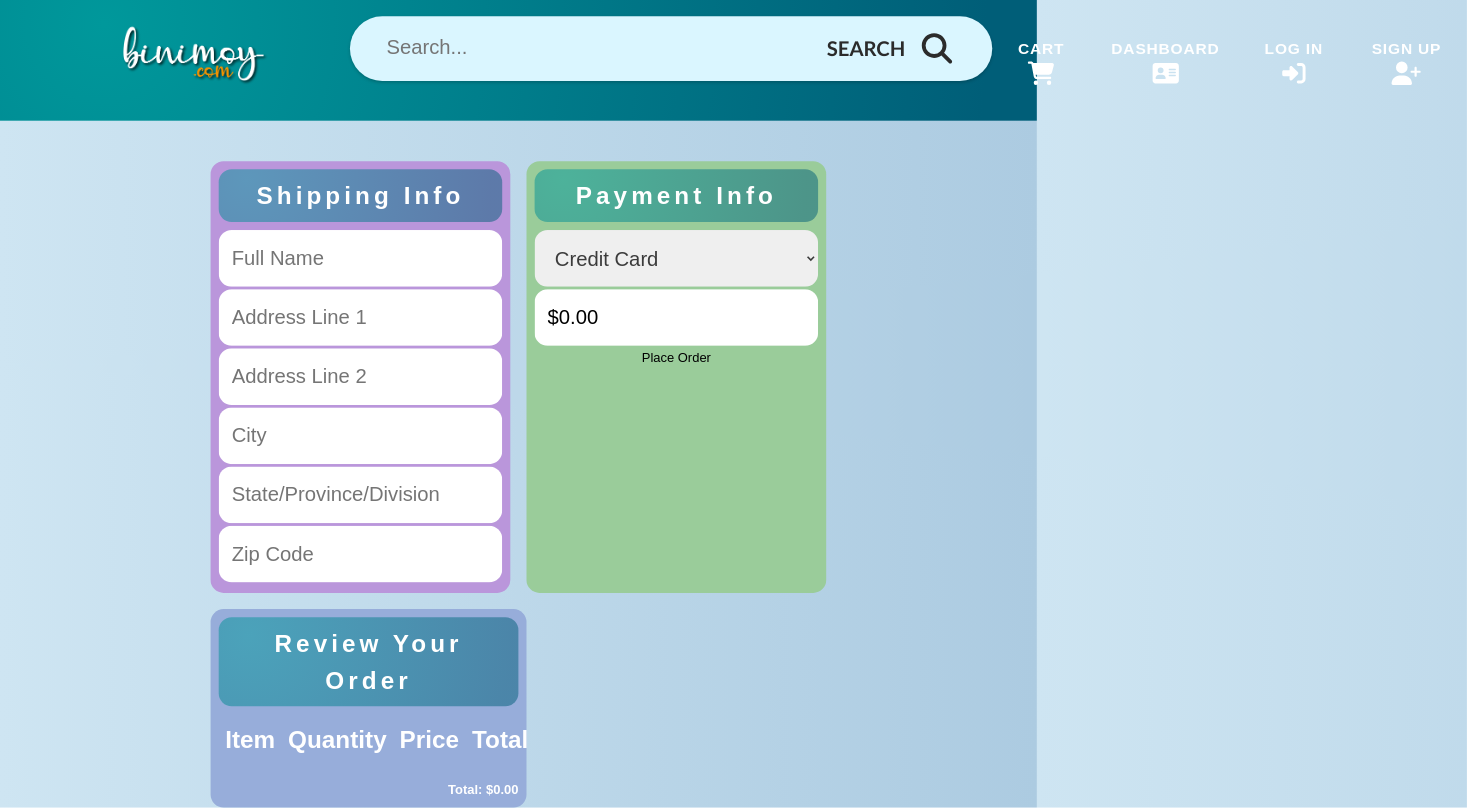
Repository: Shadman2024/2_1_DatabaseProject
Page: /checkout (app in frontend/)
These files come from the project's save history. The page is drawn as it stood at one moment and after the next save; the edit follows.
The browser window is 1280 px wide. The page is 1811 px wide, so the pictures cover 1811 px, including what lies to the right of the window. The pictures show the whole page, at 81% of full size.
Some web libraries are served in a nearby version. The project was rebuilt for these pictures with package versions that can differ from the ones it lists, and the page was loaded fresh each time. Also part of the build but not shown: frontend/src/App.css, frontend/src/signUp/signup.js, frontend/src/logIn/login.js, frontend/src/Home/home.module.css, frontend/src/Home/hero.js, frontend/src/Home/hero2.js, frontend/src/Home/hero3.js, frontend/src/Home/smallcategory.module.css and 31 more.

Above is the page before, as saved 2024-03-08 15:34:36.

After the next save:
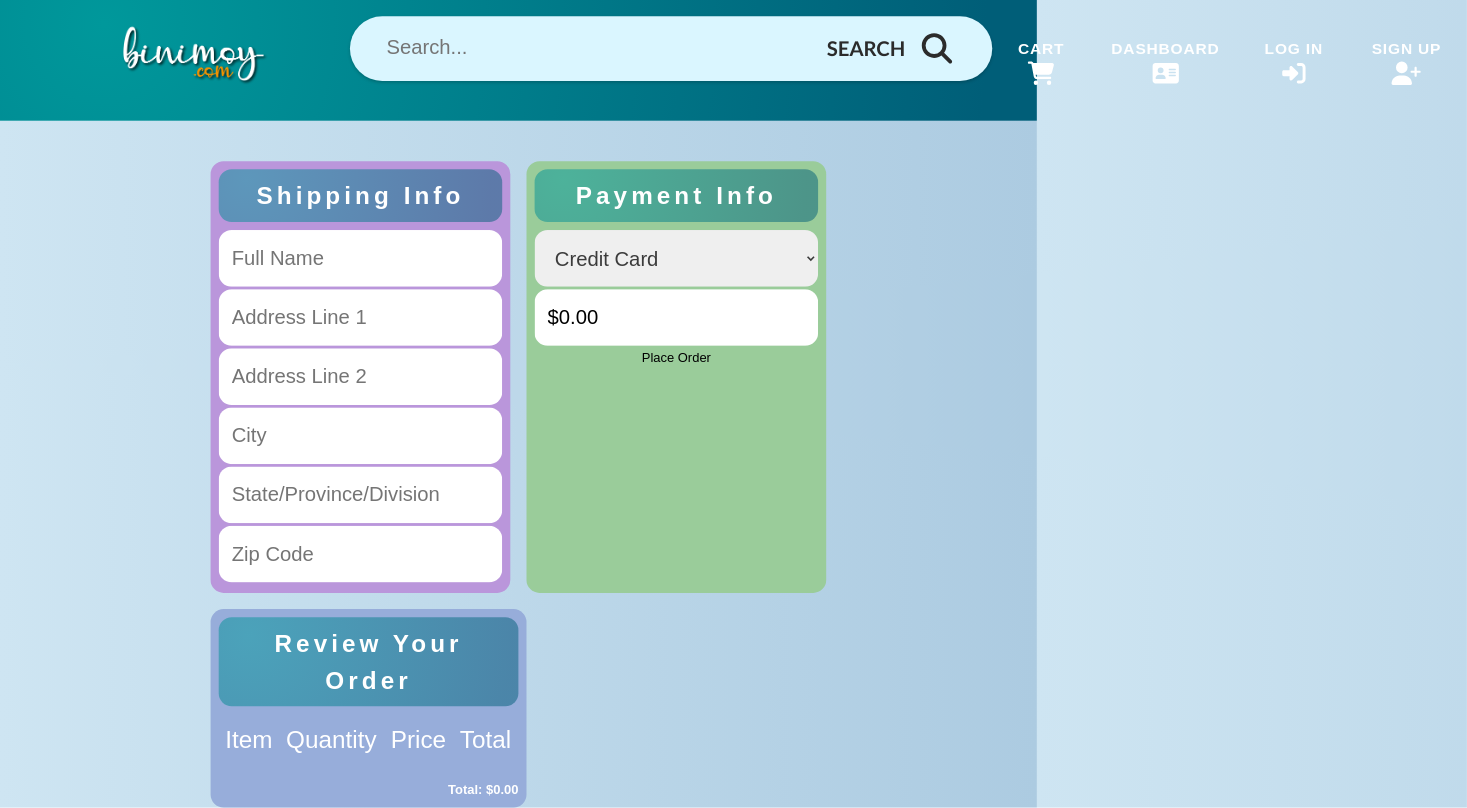
Saved 8 s later.
--- a/frontend/src/checkout/checkout.module.css
+++ b/frontend/src/checkout/checkout.module.css
@@ -122,6 +122,7 @@ input[type="text"]:focus {
   .reviewTable th {
     /* background-color: teal; */
     font-size: 30px;
+    font-weight: normal;
   }
 
   .reviewTable tr:hover {
